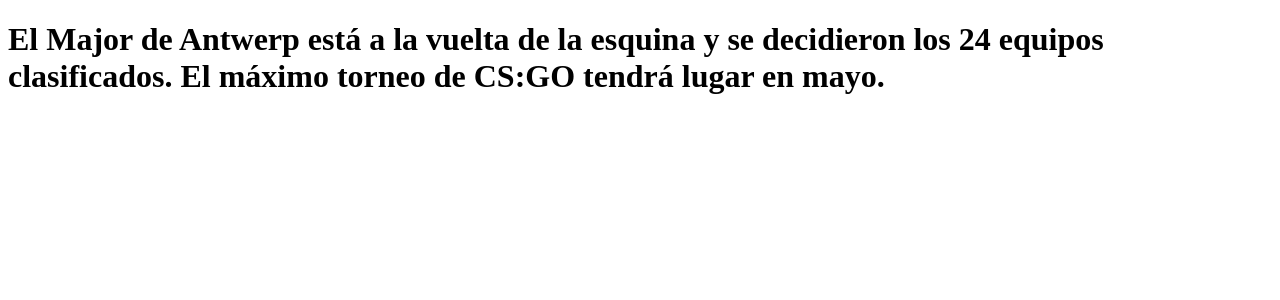
Repository: Larrowo/LPPA
Page: Clase 3/index.html
These files come from the project's save history. The page is drawn as it stood at one moment and after the next save; the edit follows.
The browser window is 1280 px wide. The pictures show the whole page.

Above is the page before, as saved 2022-04-26 13:31:55.

After the next save:
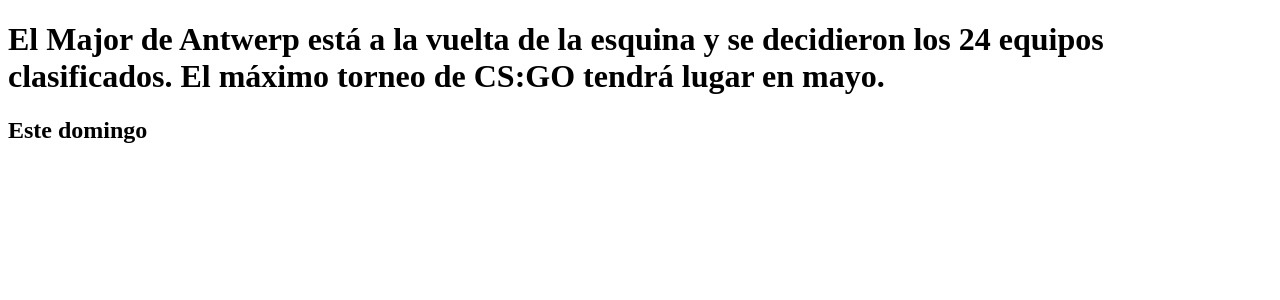
Saved 4 min 5 s later.
--- a/Clase 3/index.html
+++ b/Clase 3/index.html
@@ -20,7 +20,9 @@
           </h1>
         </div>
       </div>
-      <div class="cuerpoNoticia"></div>
+      <div class="cuerpoNoticia">
+        <h2>Este domingo</h2>
+      </div>
     </main>
   </body>
 </html>
